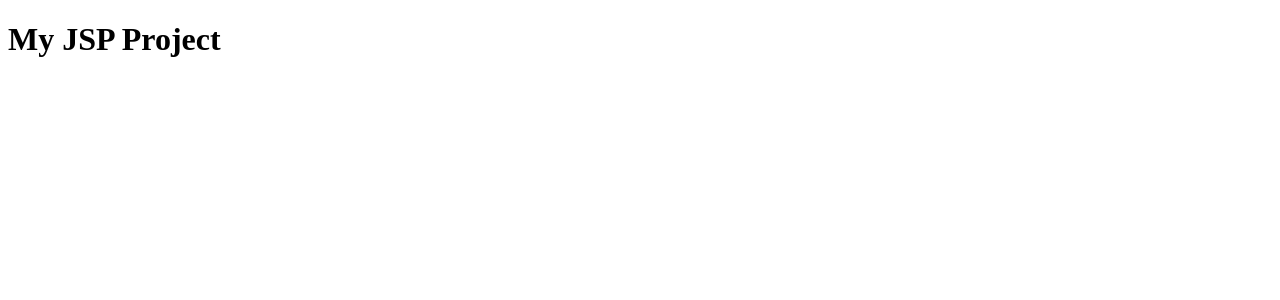
Repository: gatsby5959/_jsp_workspace_copy
Page: http://localhost/jsp_board/
The author's editor kept a copy of each file at every save. The page is drawn from the files as they stood at one save, then again after the next save.
The browser window is 1280 px wide. The pictures show the whole page.
The page is served by Tomcat 9.

Above is the page before, as saved 2023-09-04 11:16:53.

After the next save:
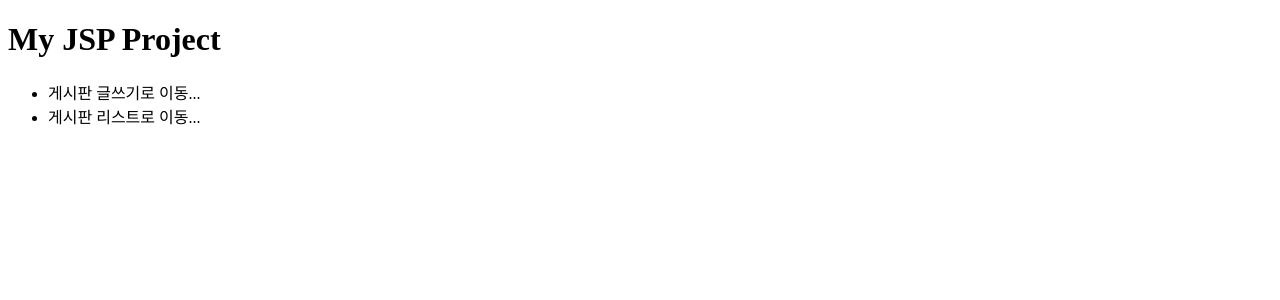
Saved 57 s later.
--- a/jsp_board/src/main/webapp/index.jsp
+++ b/jsp_board/src/main/webapp/index.jsp
@@ -8,5 +8,14 @@
 </head>
 <body>
 <h1>My JSP Project</h1>
+
+<ul>
+	<li>
+		<a>게시판 글쓰기로 이동...</a>
+	</li>
+	<li>
+		<a>게시판 리스트로 이동...</a>
+	</li>
+</ul>
 </body>
 </html>
